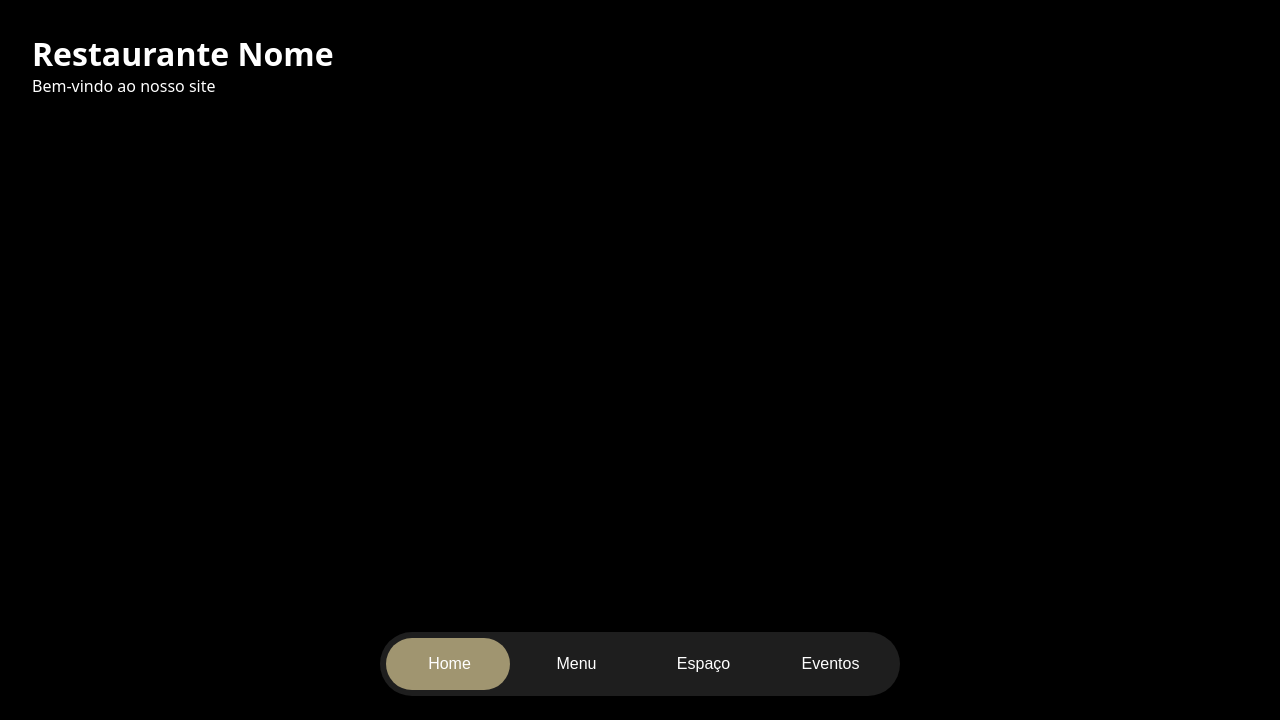
Repository: Fr4nc021/manzo
Page: /
The author's editor kept a copy of each file at every save. The page is drawn from the files as they stood at one save, then again after the next save.
The browser window is 1280 px wide. The pictures show the whole page.
The project was rebuilt for these pictures with package versions that can differ from the ones it lists, and the page was loaded fresh each time. Also part of the build but not shown: vite.config.ts.

Above is the page before, as saved 2026-01-21 11:09:09.

### index.html
<!doctype html>
<html lang="en">
  <head>
    <meta charset="UTF-8" />
    <link rel="icon" type="image/svg+xml" href="/vite.svg" />
    <meta name="viewport" content="width=device-width, initial-scale=1.0" />
    <title>Landing Page Manzo</title>
  </head>
  <body>
    <div id="root"></div>
    <script type="module" src="/src/main.jsx"></script>
  </body>
</html>

### src/main.jsx
import React from 'react'
import ReactDOM from 'react-dom/client'
import App from './App'
import './styles/global.css'

ReactDOM.createRoot(document.getElementById('root')).render(
  <React.StrictMode>
    <App />
  </React.StrictMode>
)

### src/App.jsx
import Home from './pages/Home'

export default function App() {
  return <Home />
}

### src/styles/global.css
* {
  margin: 0;
  padding: 0;
  box-sizing: border-box;
}

body {
  font-family: system-ui, -apple-system, BlinkMacSystemFont, 'Segoe UI', sans-serif;
  background-color: #000000; /* preto*/
  color: #ffffff;
}

### src/pages/Home.jsx
import BottomNav from "../components/BottomNav";

export default function Home() {
  return (
    <>
    <main style={{ minHeight: '100vh', padding: '2rem' }}>
      <h1>Restaurante Nome</h1>
      <p>Bem-vindo ao nosso site</p>
    </main>

    <BottomNav />
    </>
  )
}

### src/components/BottomNav.jsx
import { useState } from 'react'
import '../styles/bottomNav.css'

const sections = [
    'Home',
    'Menu',
    'Espaço',
    'Eventos'
]

export default function BottomNav() {
  const [active, setActive] = useState(0)

  return (
    <nav className="bottom-nav">
      <div
        className="active-indicator"
        style={{ transform: `translateX(${active * 100}%)` }}
      />

      {sections.map((section, index) => (
        <button
          key={section}
          className={`nav-item ${active === index ? 'active' : ''}`}
          onClick={() => setActive(index)}
        >
          {section}
        </button>
      ))}
    </nav>
  )
}

### src/styles/bottomNav.css
.bottom-nav {
    position: fixed;
    bottom: 24px;
    left: 50%;
    transform: translateX(-50%);
    width: 90%;
    max-width: 520px;
    height: 64px;

    background: #1E1E1E;border-radius: 999px;

    display: flex;
    align-items: center;
    justify-content: space-between;

    padding: 6px;
    z-index: 100;
}

.nav-item {
    flex: 1;
    height: 100%;
    background: transparent;
    border: none;

    color: #ffffff;
    font-size: 16px;
    font-weight: 500;

    cursor: pointer;
    z-index: 2;
}

.nav-item.active {
  color: #ffffff;
}

.active-indicator {
  position: absolute;
  top: 6px;
  left: 6px;

  width: calc(25% - 6px);
  height: calc(100% - 12px);

  background: #A09570;
  border-radius: 999px;

  transition: transform 0.3s ease;
  z-index: 1;
}

After the next save:
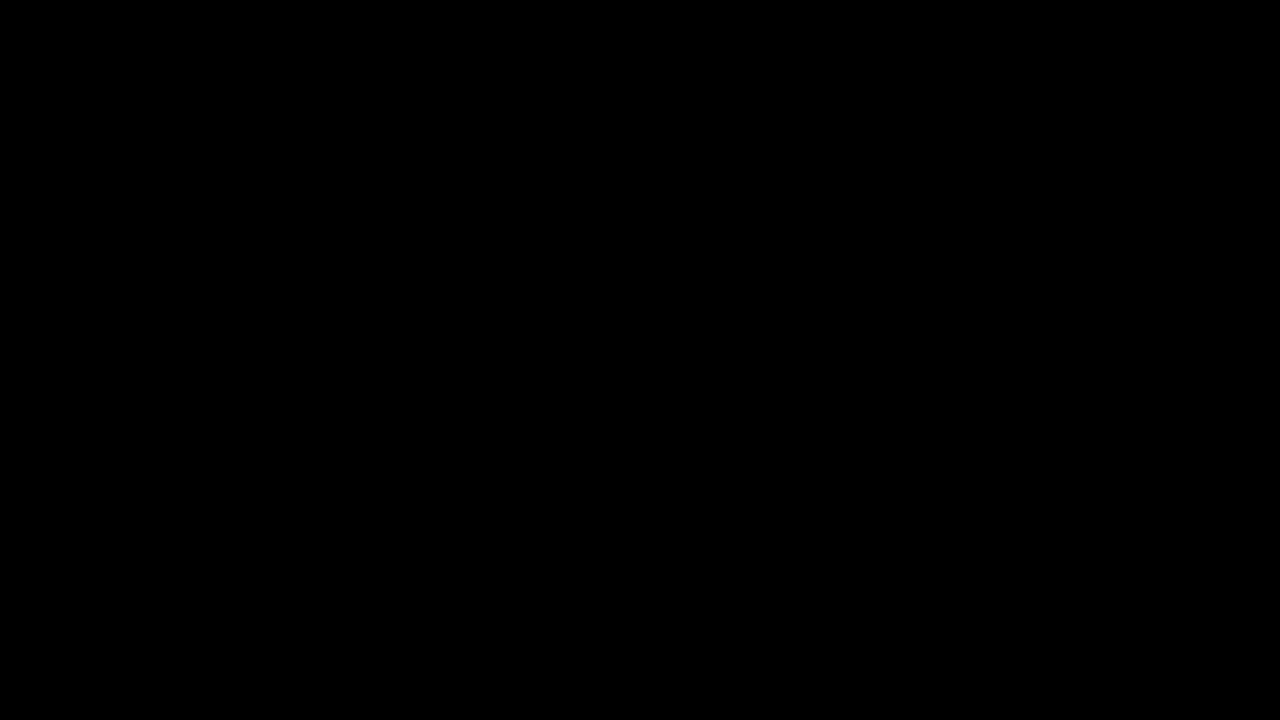
Console error: ReferenceError: useRef is not defined
Saved 114 s later.
--- a/src/components/BottomNav.jsx
+++ b/src/components/BottomNav.jsx
@@ -10,6 +10,16 @@
 
 export default function BottomNav() {
   const [active, setActive] = useState(0)
+  const indicatorRef = useRef(null)
+  const buttonsRef = useRef([])
+
+    useEffect(() => {
+    const currentBtn = buttonsRef.current[active]
+    if (!currentBtn) return
+
+    indicatorRef.current.style.width = `${currentBtn.offsetWidth}px`
+    indicatorRef.current.style.transform = `translateX(${currentBtn.offsetLeft}px)`
+  }, [active])
 
   return (
     <nav className="bottom-nav">

After the 3 saves that followed:
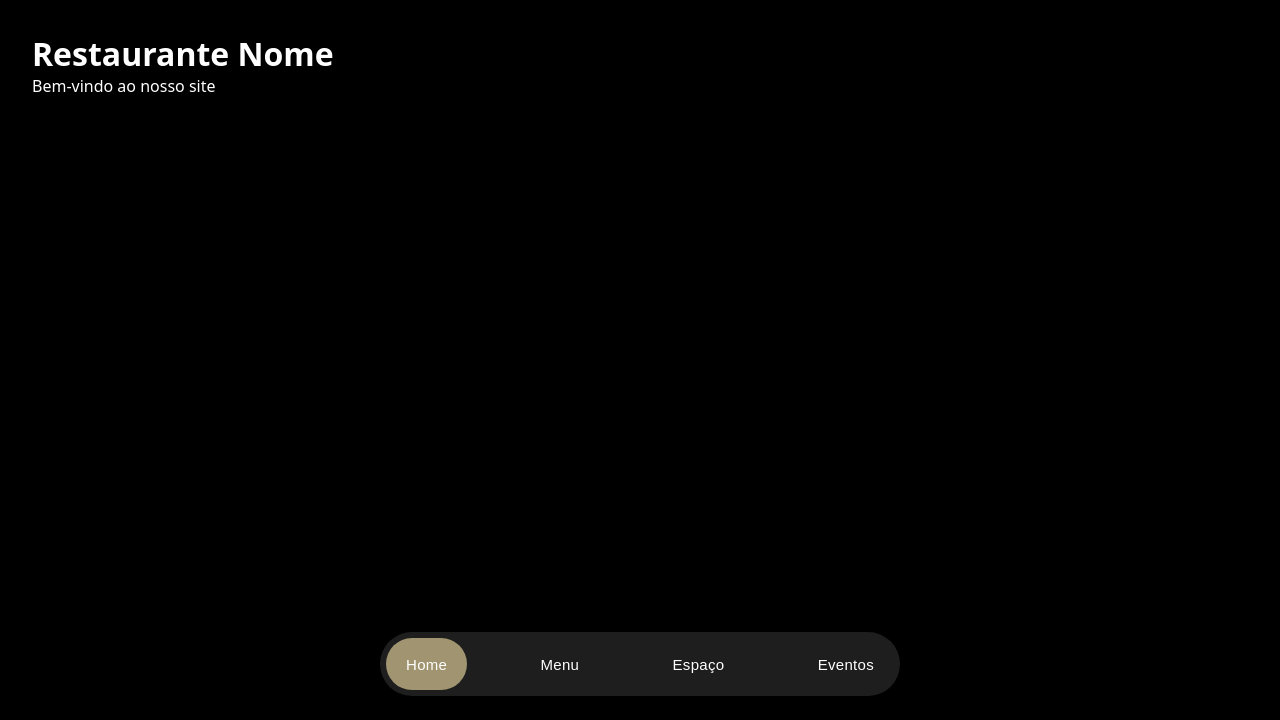
The error is gone.
The 3 saves are shown as one change because 2 left the picture as it was.
The last was saved 117 s later.
--- a/src/components/BottomNav.jsx
+++ b/src/components/BottomNav.jsx
@@ -1,21 +1,16 @@
-import { useState } from 'react'
+import { useState, useRef, useEffect } from 'react'
 import '../styles/bottomNav.css'
 
-const sections = [
-    'Home',
-    'Menu',
-    'Espaço',
-    'Eventos'
-]
+const sections = ['Home', 'Menu', 'Espaço', 'Eventos']
 
 export default function BottomNav() {
   const [active, setActive] = useState(0)
   const indicatorRef = useRef(null)
   const buttonsRef = useRef([])
 
-    useEffect(() => {
+  useEffect(() => {
     const currentBtn = buttonsRef.current[active]
-    if (!currentBtn) return
+    if (!currentBtn || !indicatorRef.current) return
 
     indicatorRef.current.style.width = `${currentBtn.offsetWidth}px`
     indicatorRef.current.style.transform = `translateX(${currentBtn.offsetLeft}px)`
@@ -23,15 +18,13 @@
 
   return (
     <nav className="bottom-nav">
-      <div
-        className="active-indicator"
-        style={{ transform: `translateX(${active * 100}%)` }}
-      />
+      <div ref={indicatorRef} className="active-indicator" />
 
       {sections.map((section, index) => (
         <button
           key={section}
-          className={`nav-item ${active === index ? 'active' : ''}`}
+          ref={(el) => (buttonsRef.current[index] = el)}
+          className="nav-item"
           onClick={() => setActive(index)}
         >
           {section}
--- a/src/styles/bottomNav.css
+++ b/src/styles/bottomNav.css
@@ -18,17 +18,23 @@
 }
 
 .nav-item {
-    flex: 1;
-    height: 100%;
-    background: transparent;
-    border: none;
+  background: transparent;
+  border: none;
 
-    color: #ffffff;
-    font-size: 16px;
-    font-weight: 500;
+  padding: 0 20px;
 
-    cursor: pointer;
-    z-index: 2;
+  height: 100%;
+  display: flex;
+  align-items: center;
+  justify-content: center;
+
+  color: #fff;
+  font-size: 15px;
+  font-weight: 500;
+  letter-spacing: 0.3px;
+
+  cursor: pointer;
+  z-index: 2;
 }
 
 .nav-item.active {
@@ -38,14 +44,12 @@
 .active-indicator {
   position: absolute;
   top: 6px;
-  left: 6px;
+  left: 0;
 
-  width: calc(25% - 6px);
   height: calc(100% - 12px);
-
   background: #A09570;
   border-radius: 999px;
 
-  transition: transform 0.3s ease;
+  transition: transform 0.3s ease, width 0.3s ease;
   z-index: 1;
 }
